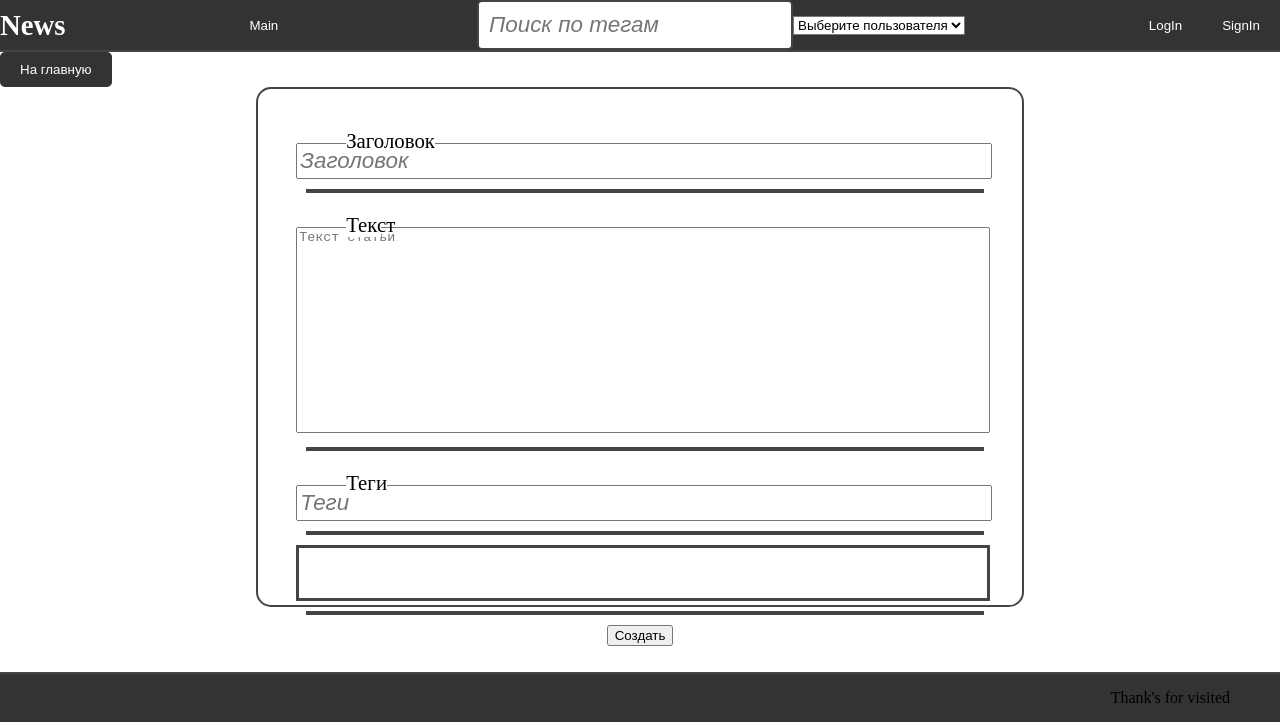
Repository: Igor-Blazhko/news_frontend
Page: /CreatePost
These files come from the project's save history. The page is drawn as it stood at one moment and after a run of saves; the edit follows.
The browser window is 1280 px wide. The pictures show the whole page.
The project was rebuilt for these pictures with package versions that can differ from the ones it lists, and the page was loaded fresh each time. Also part of the build but not shown: vite.config.ts, src/components/allPost/onePost/onePost.module.css, src/components/allPost/onePost/onePost.tsx, src/components/allPost/allPost.tsx, src/components/auth/logIn/login.module.css, src/components/auth/logIn/login.tsx, src/components/auth/register/register.tsx, src/components/pageOnePost/comments/comment.tsx and 2 more.

Above is the page before, as saved 2024-07-15 16:55:05.

After the next 3 saves:
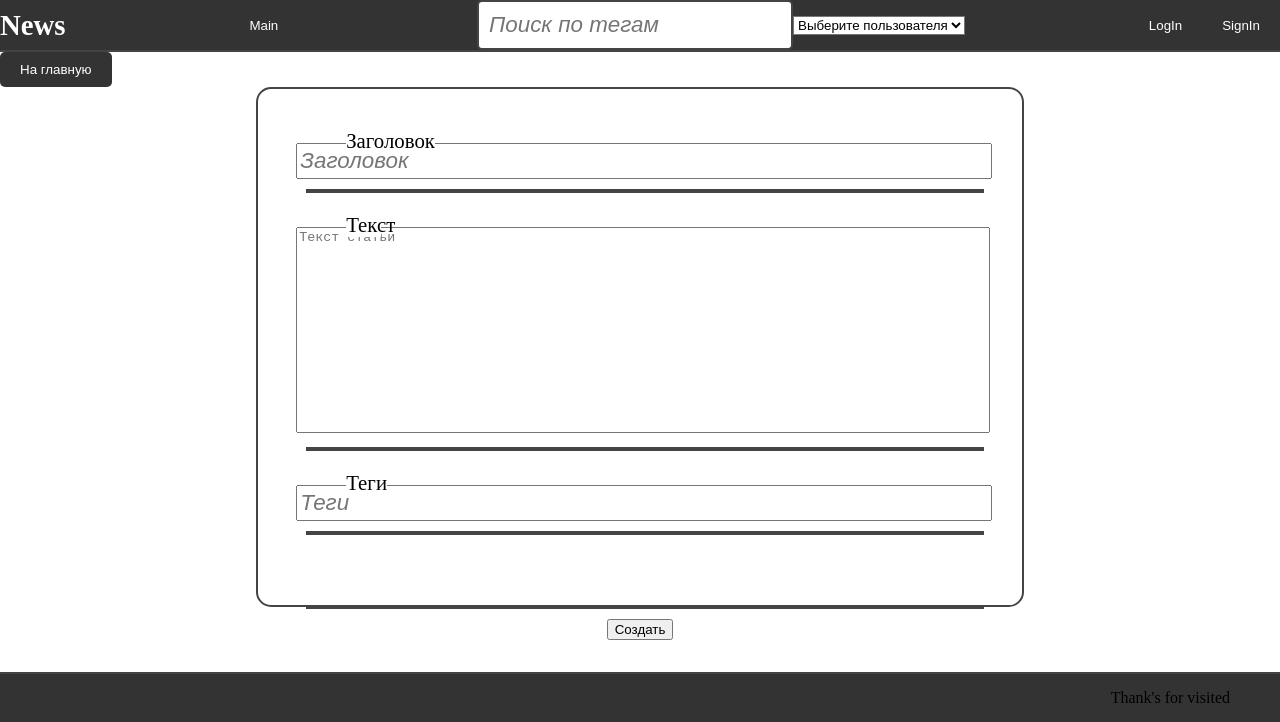
The 3 saves are shown as one change because they came seconds apart.
The last was saved 16 s later.
--- a/src/components/createPost/createPost.module.css
+++ b/src/components/createPost/createPost.module.css
@@ -63,7 +63,8 @@ label.file{
     top: 0;
     left: 0;
     display: block;
-    border: #444 3px solid;
+    border: #6e6d6d 3px solid;
+    border: 10px;
     width: 100%;
     height: 50px;
 }
